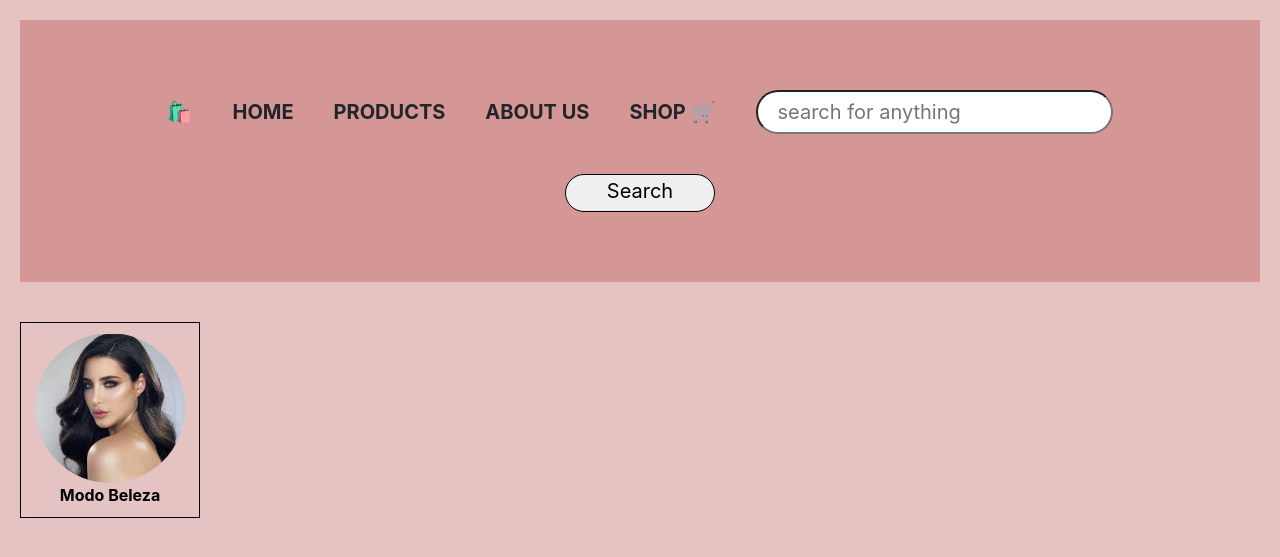
Repository: thf4/Project-Shop
Page: /
An editor plug-in stored every save of this project. The page is shown before and after the next save, followed by the edit.
The browser window is 1280 px wide. The pictures show the whole page.
The pointer rests on the first visible `.foto-banner`.
The project was rebuilt for these pictures with package versions that can differ from the ones it lists, and the page was loaded fresh each time.

Above is the page before, as saved 2021-04-22 13:46:59.

After the next save:
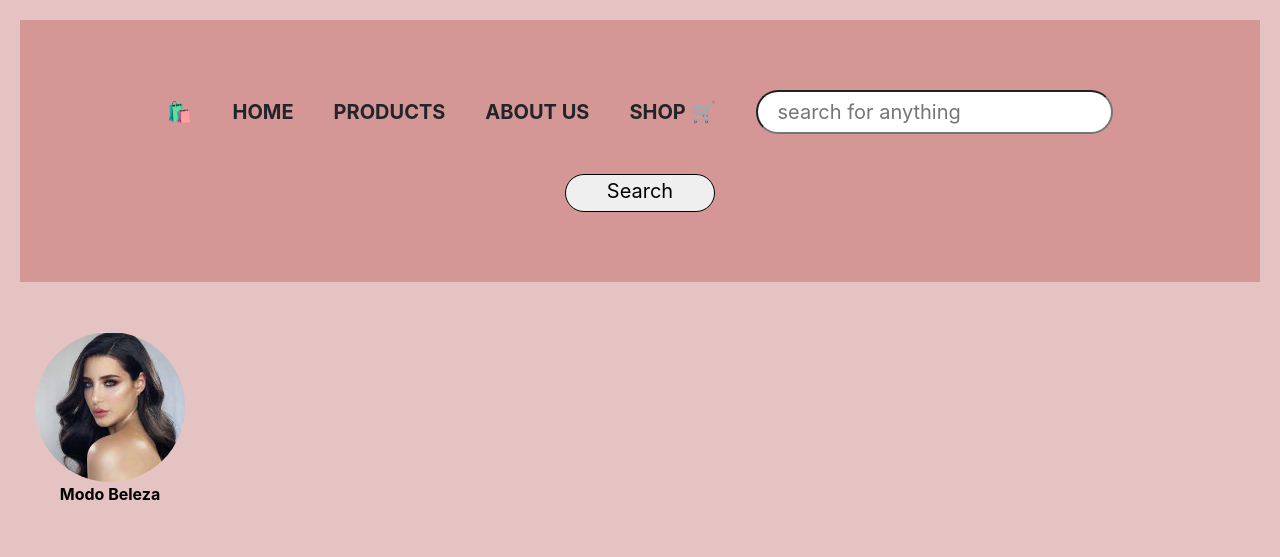
Saved 25 s later.
--- a/src/Exemplo.css
+++ b/src/Exemplo.css
@@ -18,7 +18,7 @@
   color: black;
 }
 .foto-banner:hover{
-transform: initial;
+transform-box:initial
 border: solid 1px black;
 
 

After the save that followed:
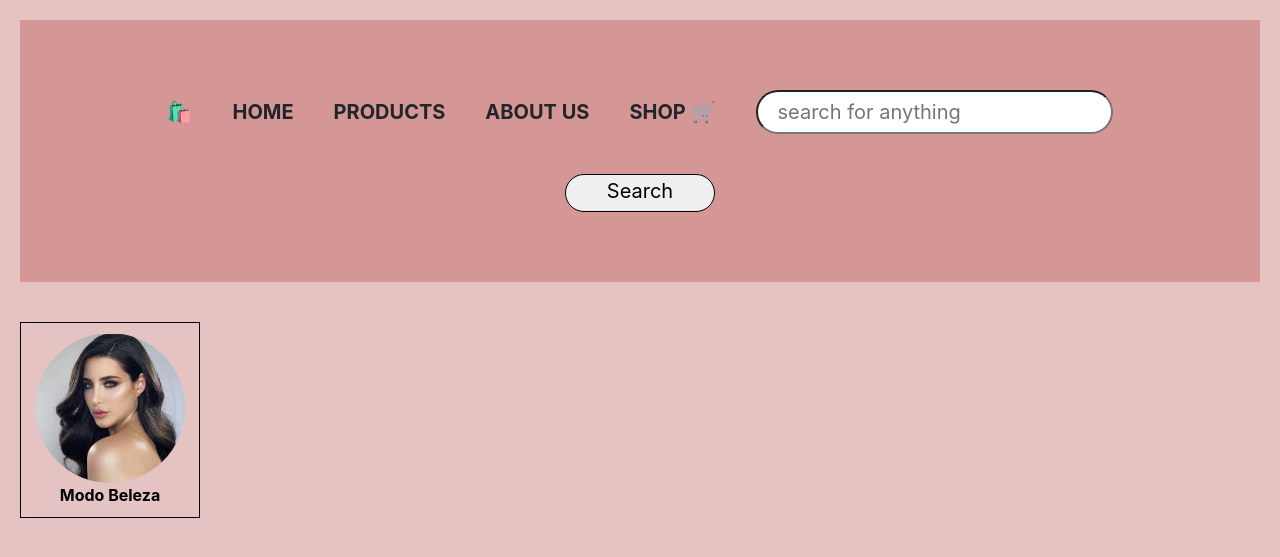
Saved 4 s later.
--- a/src/Exemplo.css
+++ b/src/Exemplo.css
@@ -18,7 +18,7 @@
   color: black;
 }
 .foto-banner:hover{
-transform-box:initial
+transform-box:initial;
 border: solid 1px black;
 
 
